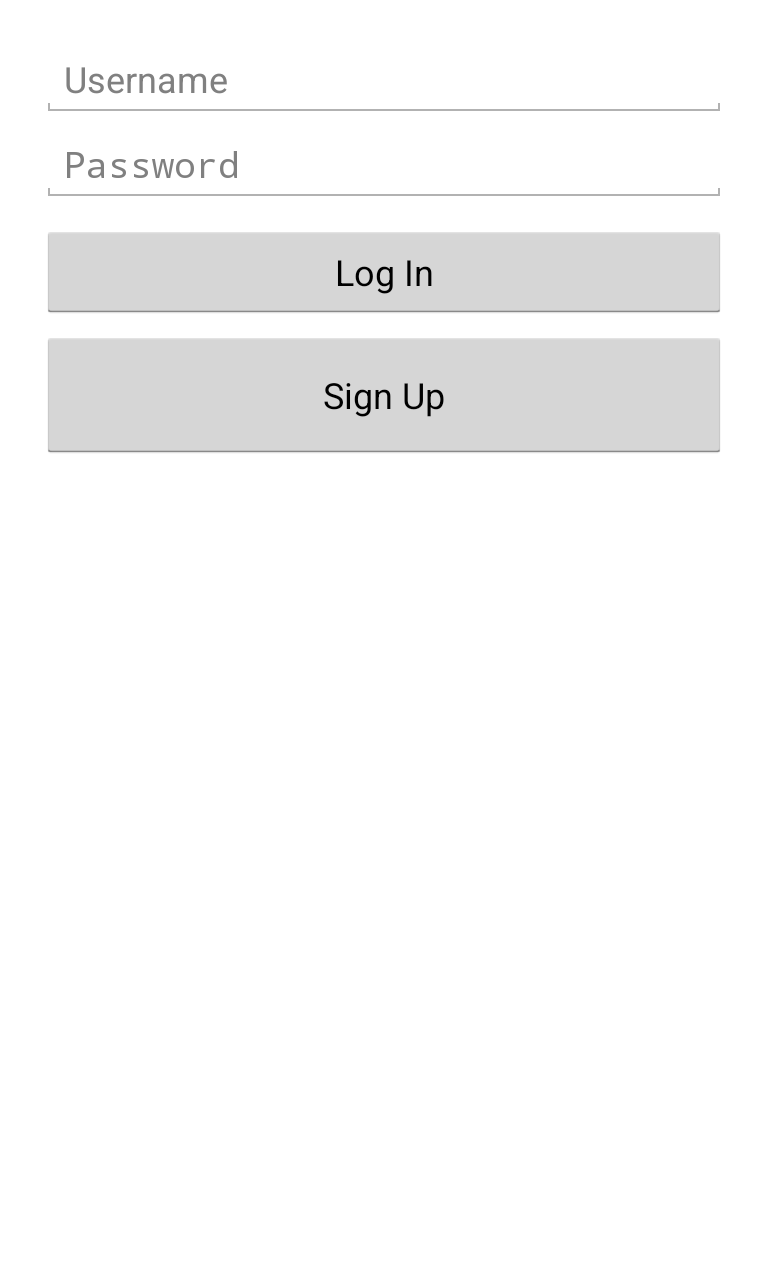
Repository: efreestone/CPM_Freestone
Layout: Project1Android/res/layout/activity_login.xml
These files come from the project's save history. The layout is drawn as it stood at one moment and after the next save; the edit follows.
It is drawn on a 768 x 1280 px phone screen (xhdpi) without system bars, with theme AppTheme; the app's code is not run.

Above is the layout before, as saved 2014-10-02 01:07:36.

### Project1Android/res/layout/activity_login.xml
<RelativeLayout xmlns:android="http://schemas.android.com/apk/res/android"
    android:layout_width="fill_parent"
    android:layout_height="fill_parent"
    android:orientation="vertical"
    android:padding="20dp" >

    <EditText
        android:id="@+id/usernameEditText"
        android:layout_width="fill_parent"
        android:layout_height="wrap_content"
        android:hint="@string/usernameTitleText"
        android:inputType="text" />

    <EditText
        android:id="@+id/passwordEditText"
        android:layout_width="fill_parent"
        android:layout_height="wrap_content"
        android:layout_below="@id/usernameEditText"
        android:paddingTop="10dp"
        android:hint="@string/passwordTitleText"
        android:inputType="textPassword" />

    <Button
        android:id="@+id/loginButton"
        android:layout_width="fill_parent"
        android:layout_height="wrap_content"
        android:layout_below="@id/passwordEditText"
        android:layout_marginTop="10dp"
        android:text="@string/loginButtonText" />

    <Button
        android:id="@+id/signupButton"
        android:layout_width="fill_parent"
        android:layout_height="65dp"
        android:layout_below="@id/loginButton"
        android:layout_marginTop="5dp"
        android:text="@string/signupButtonText" />

</RelativeLayout>

### Project1Android/res/values/strings.xml
<?xml version="1.0" encoding="utf-8"?>
<resources>

    <string name="app_name">Project1Android</string>
    <string name="hello_world">Hello world!</string>
    <string name="action_settings">Settings</string>
    <string name="newPlusButton">New Client</string>
    <string name="logoutButtonText">Log Out</string>

    <string name="loginButtonText">Log In</string>
    <string name="signupButtonText">Sign Up</string>

    <string name="usernameTitleText">Username</string>
    <string name="passwordTitleText">Password</string>
</resources>

Loaded but not shown: Project1Android/res/values/styles.xml (common file); Project1Android/res/values-v11/styles.xml (common file); Project1Android/res/values-v14/styles.xml (common file)

After the next save:
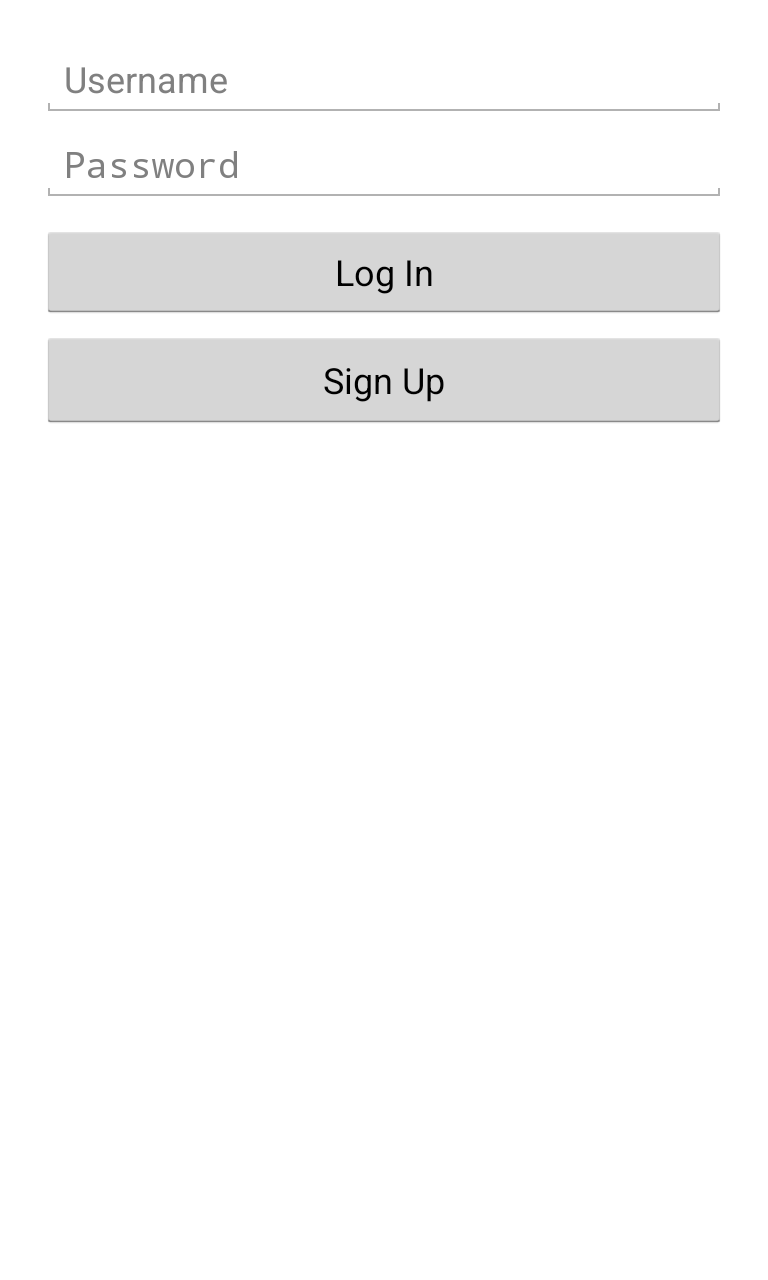
Saved 12 s later.
--- a/Project1Android/res/layout/activity_login.xml
+++ b/Project1Android/res/layout/activity_login.xml
@@ -31,7 +31,7 @@
     <Button
         android:id="@+id/signupButton"
         android:layout_width="fill_parent"
-        android:layout_height="65dp"
+        android:layout_height="50dp"
         android:layout_below="@id/loginButton"
         android:layout_marginTop="5dp"
         android:text="@string/signupButtonText" />
